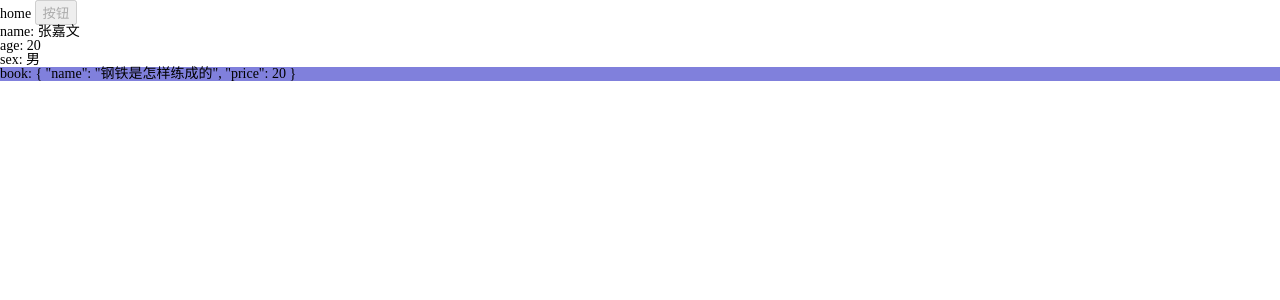
Repository: 596178924/vue3-ts-app
Page: /
These files come from the project's save history. The page is drawn as it stood at one moment and after a run of saves; the edit follows.
The browser window is 1280 px wide. The pictures show the whole page.
The project was rebuilt for these pictures with package versions that can differ from the ones it lists, and the page was loaded fresh each time. Also part of the build but not shown: vite.config.ts.

Above is the page before, as saved 2022-11-09 16:28:27.

### index.html
<!DOCTYPE html>
<html lang="zh">

<head>
  <meta charset="UTF-8" />
  <link rel="icon" type="image/svg+xml" href="/vite.svg" />
  <meta name="viewport" content="width=device-width, initial-scale=1.0" />
  <title>
    ts
  </title>
</head>

<body>
  <noscript>
    <strong>We're sorry but this doesn't work properly without JavaScript enabled.
        Please enable it to continue.</strong>
  </noscript>
  <div id="app"></div>
  <script type="module" src="/src/main.ts"></script>
</body>

</html>

### src/main.ts
import { createApp } from 'vue';
import AppElement from './App.vue'
import pluginInstall from "@/plugins"
import Router from "@/router"

(() => {
    const app = createApp(AppElement);
    app.use(pluginInstall);
    app.use(Router);
    app.mount('#app');
})()

### src/App.vue
<style lang="less">
@import '@/styles/index.less';
</style>

<template>
	<router-view></router-view>
</template>

<script setup lang="ts">
</script>

### src/plugins/index.ts
import { App } from "@vue/runtime-core";
import piniaInstall from "@/store";
export default function install(app: App) {
	app.use(piniaInstall);
}

### src/router/index.ts
import { createRouter, createWebHistory } from 'vue-router';
import routes from "./routes"
const router = createRouter({
    history: createWebHistory(),
    routes,
});

export default router;

### src/styles/index.less
@import './resetCss.less';

### src/styles/resetCss.less
/* http://meyerweb.com/eric/tools/css/reset/
   v2.0 | 20110126
   License: none (public domain)
*/
html, body, div, span, applet, object, iframe,
h1, h2, h3, h4, h5, h6, p, blockquote, pre,
a, abbr, acronym, address, big, cite, code,
del, dfn, em, img, ins, kbd, q, s, samp,
small, strike, strong, sub, sup, tt, var,
b, u, i, center,
dl, dt, dd, ol, ul, li,
fieldset, form, label, legend,
table, caption, tbody, tfoot, thead, tr, th, td,
article, aside, canvas, details, embed,
figure, figcaption, footer, header, hgroup,
menu, nav, output, ruby, section, summary,
time, mark, audio, video {
	margin: 0;
	padding: 0;
	border: 0;
	font: inherit;
	vertical-align: baseline;
}
/* HTML5 display-role reset for older browsers */
article, aside, details, figcaption, figure,
footer, header, hgroup, menu, nav, section {
	display: block;
}
body {
	line-height: 1;
	font-size: 14px;
}
ol, ul {
	list-style: none;
}
blockquote, q {
	quotes: none;
}
blockquote:before, blockquote:after,
q:before, q:after {
	content: '';
	content: none;
}
table {
	border-collapse: collapse;
	border-spacing: 0;
}

### src/store/index.ts
import { createPinia } from 'pinia'
// import piniaPluginPersist from 'pinia-plugin-persist'
const store = createPinia()
// store.use(piniaPluginPersist)
export default store

### src/router/routes.ts
import {  RouteRecordRaw } from 'vue-router';

const routes: Array<RouteRecordRaw> = [
    {
        path: '/',
        name: 'Home',
        component: ()=> import('@v/home/index.vue'),
    }
]

export default routes

### src/views/home/index.vue
<template>
	<div>
		home
		<button disabled>按钮</button>
		<p>name: {{ name }}</p>
		<p>age: {{ age }}</p>
		<p>sex: {{ sex }}</p>
		<p class="test">book: {{ book }}</p>
	</div>
</template>

<script setup lang="ts">
import { ref, Ref } from "@vue/reactivity";
interface Book {
	name: String;
	price: Number;
}
const name: Ref<String> = ref("张嘉文");
const age = ref<Number>(20);
const sex = ref("男") as Ref<String>;
const book = ref<Book>({
	name: "钢铁是怎样练成的",
	price: 20,
});
</script>

<style lang="less" scoped>
// @selectors: blue, green, red;

// each(@selectors, {
//   .color-@{value} {
//     color: @value;
//   }
// });
.test {
	background-color: tint(#0000b8, 50%);
}
</style>

After the next 3 saves:
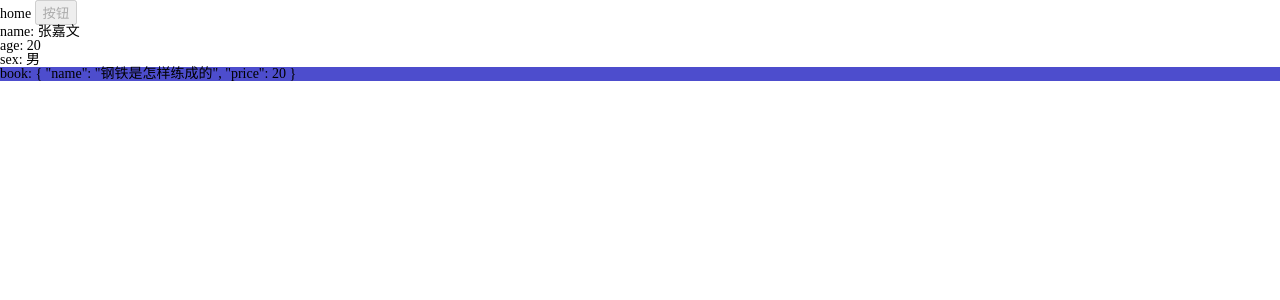
The 3 saves are shown as one change because they came seconds apart.
The last was saved 9 s later.
--- a/src/views/home/index.vue
+++ b/src/views/home/index.vue
@@ -33,6 +33,6 @@ const book = ref<Book>({
 //   }
 // });
 .test {
-	background-color: tint(#0000b8, 50%);
+	background-color: tint(#0000b8, 30%);
 }
 </style>
